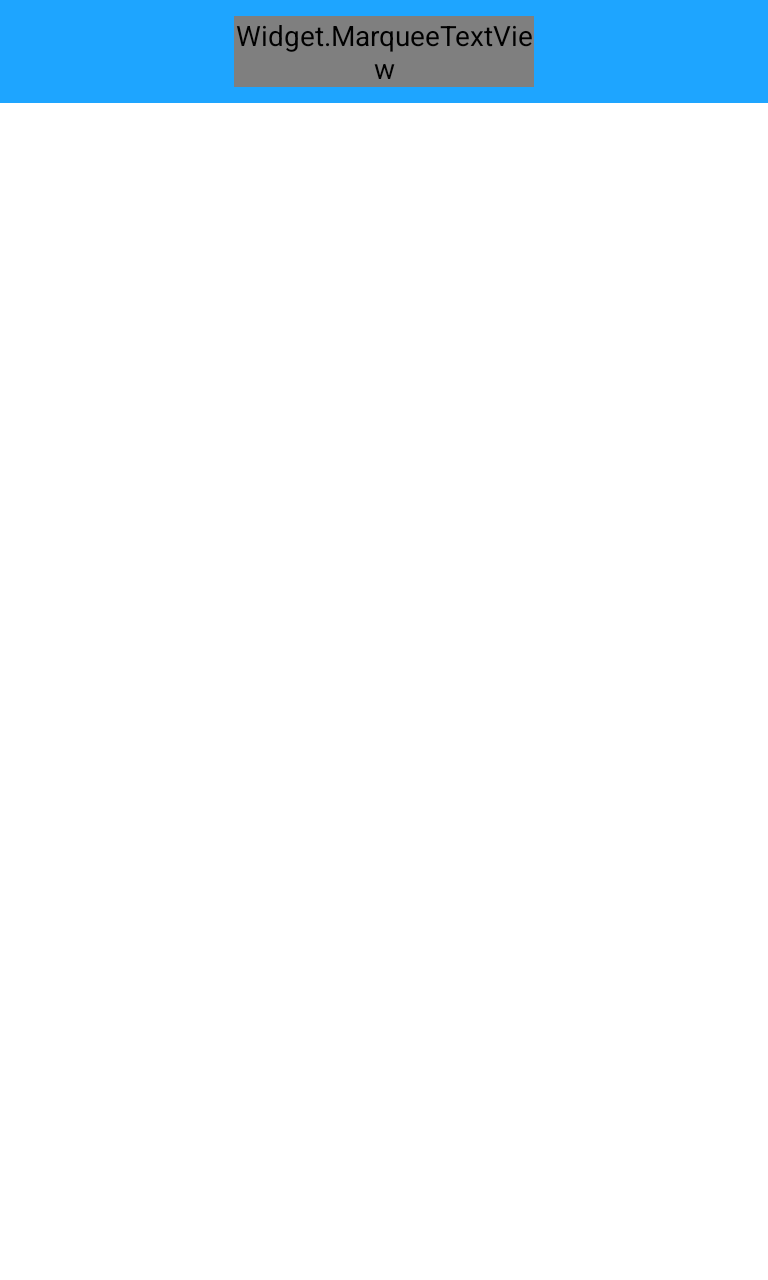
Repository: shi1hh/v
Layout: HungryTest/res/layout/fragment_faxian.xml
An editor plug-in stored every save of this project. The layout is shown before and after the next save, followed by the edit.
Pictures or frames that could not be fetched are drawn as grey boxes. It is drawn on a 768 x 1280 px phone screen (xhdpi) without system bars, with theme android:Theme.Light.NoTitleBar; the app's code is not run.

Above is the layout before, as saved 2015-10-25 03:29:42.

### HungryTest/res/layout/fragment_faxian.xml
<?xml version="1.0" encoding="utf-8"?>
<LinearLayout xmlns:android="http://schemas.android.com/apk/res/android"
    android:layout_width="match_parent"
    android:layout_height="match_parent"
    android:orientation="vertical" >

       <RelativeLayout
        android:layout_width="match_parent"
        android:layout_height="wrap_content"
        android:background="@color/blackground"
        android:padding="8dp" >

 <RelativeLayout
                 android:layout_centerHorizontal="true"
            android:layout_centerVertical="true"
     android:layout_width="150dp"
     android:layout_height="wrap_content"
     >
      <Widget.MarqueeTextView
            android:id="@+id/Textview_waimai_tile_2"
            android:layout_width="150dp"
            android:layout_height="wrap_content"
    android:textSize="20sp"
            android:layout_centerHorizontal="true"
            android:layout_centerVertical="true"
            android:background="@color/blackground"
            android:gravity="center"
            android:singleLine="true"
    android:focusable="true"
    android:focusableInTouchMode="true"
    android:scrollHorizontally="true"
    android:marqueeRepeatLimit="marquee_forever"
    android:ellipsize="marquee"
    android:text="信和"
            android:textColor="@color/white"/>
        <Button
            android:id="@+id/button_waimai_tile_3"
            android:layout_width="wrap_content"
            android:layout_height="wrap_content"
            android:layout_alignBaseline="@+id/Textview_waimai_tile_2"
            android:layout_marginLeft="5dp"
            android:paddingLeft="15dp"
            android:paddingRight="15dp"
            android:layout_toRightOf="@+id/Textview_waimai_tile_2"
            android:background="@drawable/waimaititle3" />

        <Button
            android:id="@+id/button_waimai_tile_1"
            android:layout_width="wrap_content"
            android:layout_height="wrap_content"
            android:layout_alignParentTop="true"
            android:layout_marginRight="5dp"
                android:paddingLeft="15dp"
                            android:paddingRight="15dp"
            android:layout_toLeftOf="@+id/Textview_waimai_tile_2"
            android:background="@drawable/waimaititle1" />
 </RelativeLayout>
    </RelativeLayout>

</LinearLayout>

### HungryTest/res/values/color.xml
<?xml version="1.0" encoding="utf-8"?>
<resources>
    <color name="sum">#ffffff</color>
    <color name="balance">#00FF7F</color>
    <color name="balance_text">#ffffff</color>
    <color name="lvlft_select">#ffffff</color>
    <color name="lvlft_black">#CFCFCF</color>
    <color name="white">#ffffff</color>
    <color name="navigation_bg">#F6F6F6</color>
      <color name="blackground">#1EA5FF</color>
      <color name="text_gray">#CCCCCC</color>
      <color name="waimai_divider">#EEEEEC</color>
      <color name="normal_text">#ffffff</color>
      <color name="blackground2">#eceeee</color>
      <color name="login_button">#60C04D</color>
      <color name="divider">#D2D2D2</color>
</resources>

### HungryTest/res/values/styles.xml
<resources xmlns:android="http://schemas.android.com/apk/res/android">

    <!--
        Base application theme, dependent on API level. This theme is replaced
        by AppBaseTheme from res/values-vXX/styles.xml on newer devices.




    -->
    <style name="AppBaseTheme" parent="Theme.AppCompat.Light">
        <!--
            Theme customizations available in newer API levels can go in
            res/values-vXX/styles.xml, while customizations related to
            backward-compatibility can go here.




        -->
    </style>

    <!-- Application theme. -->
    <style name="AppTheme" parent="AppBaseTheme">
        <!-- All customizations that are NOT specific to a particular API-level can go here. -->
    </style>

    <style name="text">
        <item name="android:textSize">10sp</item>
        <item name="android:gravity">center_horizontal</item>
    </style>

    <style name="waimai_tb_text">
        <item name="android:textSize">13sp</item>
        <item name="android:gravity">center_horizontal</item>
    </style>

    <style name="waimai_money_text">
        <item name="android:textColor">#FF3030</item>
        <item name="android:textSize">20sp</item>
    </style>

    <style name="back">
        <item name="android:textColor">#ffffff</item>
        <item name="android:textSize">30sp</item>
        <item name="android:text">←</item>
    </style>

    <style name="waimai_store_name_textsize">
        <item name="android:textSize">20sp</item>
    </style>

    <style name="normal_text">
        <item name="android:textSize">20sp</item>
        <item name="android:textColor">#ffffff</item>
        <item name="android:padding">12dp</item>
    </style>

    <style name="login_">
        <item name="android:textSize">20sp</item>
        <item name="android:textColor">#ffffff</item>
        <item name="android:padding">10dp</item>
        <item name="android:gravity">center</item>
        <item name="android:text">登录</item>
    </style>

    <style name="forget_psw">
        <item name="android:textColor">#1EA5FF
</item>
        <item name="android:text">忘记密码?</item>
    </style>

    <style name="login_message">
        <item name="android:textColor">#1EA5FF
</item>
        <item name="android:text">短信验证码登录</item>
    </style>


</resources>

### HungryTest/res/values/strings.xml
<?xml version="1.0" encoding="utf-8"?>
<resources>

    <string name="app_name">HungryTest</string>
    <string name="hello_world">Hello world!</string>
    <string name="action_settings">Settings</string>
    <string name="navigation1">外卖</string>
 <string name="navigation2">订单</string>
  <string name="navigation3">发现</string>
   <string name="navigation4">我</string>
   <string name="waimai_tb1">便利店</string>
    <string name="waimai_tb2">品牌馆</string>
     <string name="waimai_tb3">水果</string>
      <string name="waimai_tb4">鲜花蛋糕</string>
       <string name="waimai_tb5">新店特惠</string>
        <string name="waimai_tb6">夜宵</string>
         <string name="waimai_tb7">预定早餐</string>
         <string name="dingdan_text1">订单</string>
         <string name="login_reg">注册</string>
         <string name="back">←</string>
         <string name="dingdan_dingdan">订单</string>
         <string name="dingdan_breakfast">早餐订单</string>
         <string name="login_psw_hint">登录密码</string>
         <string name="login_user_hint">手机/邮箱/用户名</string>
         <string name="login_login">登录</string>
         <string name="login_wx">微信</string>
         <string name="login_qq">QQ</string>
         <string name="login_xl">微博</string>
         <string name="faxian_logo">发现</string>

</resources>

### HungryTest/res/values/dimens.xml
<resources>

    <!-- Default screen margins, per the Android Design guidelines. -->
    <dimen name="activity_horizontal_margin">16dp</dimen>
    <dimen name="activity_vertical_margin">16dp</dimen>
<dimen name="login_usertop_margin">13dp</dimen>
<dimen  name="login_user_pendding">17dp</dimen>
<dimen name="divider_large">10dp</dimen>
<dimen name="divider_small">1dp</dimen>
<dimen name="faxian_timelimi">20sp</dimen>
</resources>

After the next save:
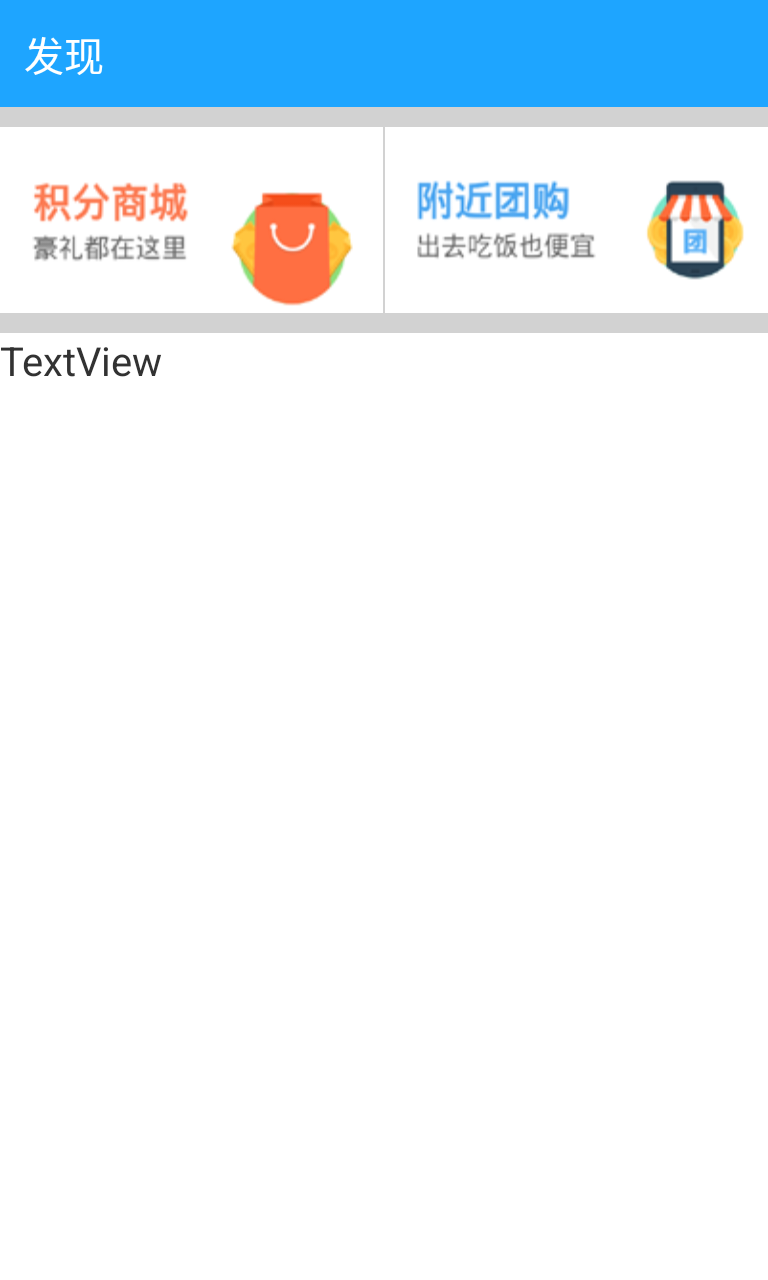
Saved 10 s later.
--- a/HungryTest/res/layout/fragment_faxian.xml
+++ b/HungryTest/res/layout/fragment_faxian.xml
@@ -4,57 +4,69 @@
     android:layout_height="match_parent"
     android:orientation="vertical" >
 
-       <RelativeLayout
+     <RelativeLayout
         android:layout_width="match_parent"
         android:layout_height="wrap_content"
-        android:background="@color/blackground"
-        android:padding="8dp" >
+        android:background="@color/blackground" >
 
- <RelativeLayout
-                 android:layout_centerHorizontal="true"
-            android:layout_centerVertical="true"
-     android:layout_width="150dp"
-     android:layout_height="wrap_content"
-     >
-      <Widget.MarqueeTextView
-            android:id="@+id/Textview_waimai_tile_2"
-            android:layout_width="150dp"
+
+
+        <TextView
+      android:layout_width="wrap_content"
             android:layout_height="wrap_content"
-    android:textSize="20sp"
-            android:layout_centerHorizontal="true"
+            android:layout_alignParentLeft="true"
+            android:layout_alignParentTop="true"
             android:layout_centerVertical="true"
             android:background="@color/blackground"
             android:gravity="center"
-            android:singleLine="true"
-    android:focusable="true"
-    android:focusableInTouchMode="true"
-    android:scrollHorizontally="true"
-    android:marqueeRepeatLimit="marquee_forever"
-    android:ellipsize="marquee"
-    android:text="信和"
-            android:textColor="@color/white"/>
+            style="@style/normal_text"
+            android:text="@string/faxian_logo" />
+
+        </RelativeLayout>
+        <View
+            android:layout_width="match_parent"
+            android:layout_height="@dimen/divider_large"
+            android:background="@color/divider"
+            />
+<LinearLayout
+    android:layout_width="match_parent"
+    android:layout_height="wrap_content"
+    android:orientation="horizontal"
+    >
         <Button
-            android:id="@+id/button_waimai_tile_3"
-            android:layout_width="wrap_content"
+            android:id="@+id/button1"
+                     android:layout_width="0dp"
+            android:layout_weight="1"
             android:layout_height="wrap_content"
-            android:layout_alignBaseline="@+id/Textview_waimai_tile_2"
-            android:layout_marginLeft="5dp"
-            android:paddingLeft="15dp"
-            android:paddingRight="15dp"
-            android:layout_toRightOf="@+id/Textview_waimai_tile_2"
-            android:background="@drawable/waimaititle3" />
+            android:background="@drawable/faxianjifen"/>
+                <View
+            android:layout_width="@dimen/divider_small"
+    android:layout_height="match_parent"
+            android:background="@color/divider"
+            />
+      <Button
+            android:id="@+id/button2"
+            android:layout_width="0dp"
+            android:layout_height="wrap_content"
+                        android:layout_weight="1"
+                        android:background="@drawable/faxianfujingoumai" />
+      </LinearLayout>
+          <View
+            android:layout_width="match_parent"
+            android:layout_height="@dimen/divider_large"
+            android:background="@color/divider"
+            />
+            <RelativeLayout
+        android:layout_width="match_parent"
+        android:layout_height="wrap_content" >
 
-        <Button
-            android:id="@+id/button_waimai_tile_1"
-            android:layout_width="wrap_content"
-            android:layout_height="wrap_content"
-            android:layout_alignParentTop="true"
-            android:layout_marginRight="5dp"
-                android:paddingLeft="15dp"
-                            android:paddingRight="15dp"
-            android:layout_toLeftOf="@+id/Textview_waimai_tile_2"
-            android:background="@drawable/waimaititle1" />
- </RelativeLayout>
-    </RelativeLayout>
+                   </RelativeLayout>
+
+            <TextView
+                android:id="@+id/textView1"
+                android:layout_width="wrap_content"
+                android:layout_height="wrap_content"
+                android:text="TextView"
+                android:textSize="@dimen/faxian_timelimi" />
 
 </LinearLayout>
